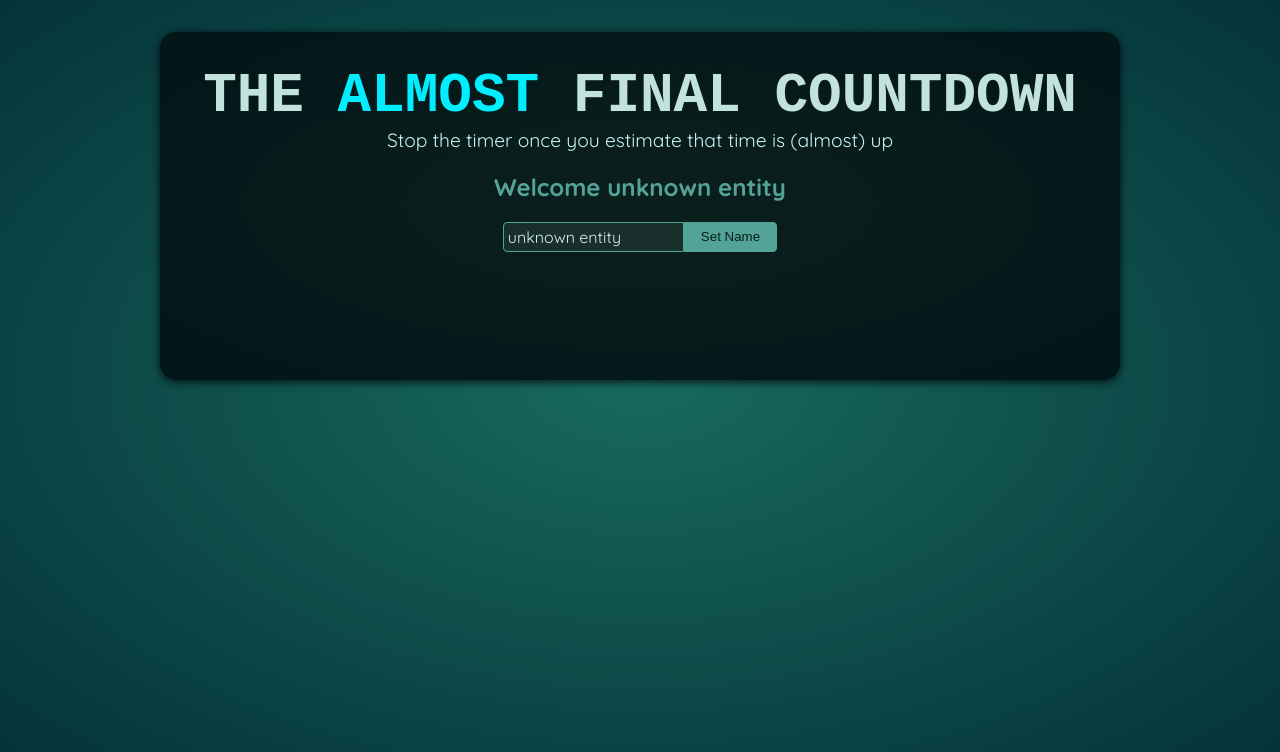
Repository: H-ala/react-near-end
Page: /
An editor plug-in stored every save of this project. The page is shown before and after the next save, followed by the edit.
The browser window is 1280 px wide. The pictures show the whole page.
Some web fonts or font styles are not loaded; a fallback is used. The project was rebuilt for these pictures with package versions that can differ from the ones it lists, and the page was loaded fresh each time. Also part of the build but not shown: vite.config.js.

Above is the page before, as saved 2025-09-24 20:55:11.

After the next save:
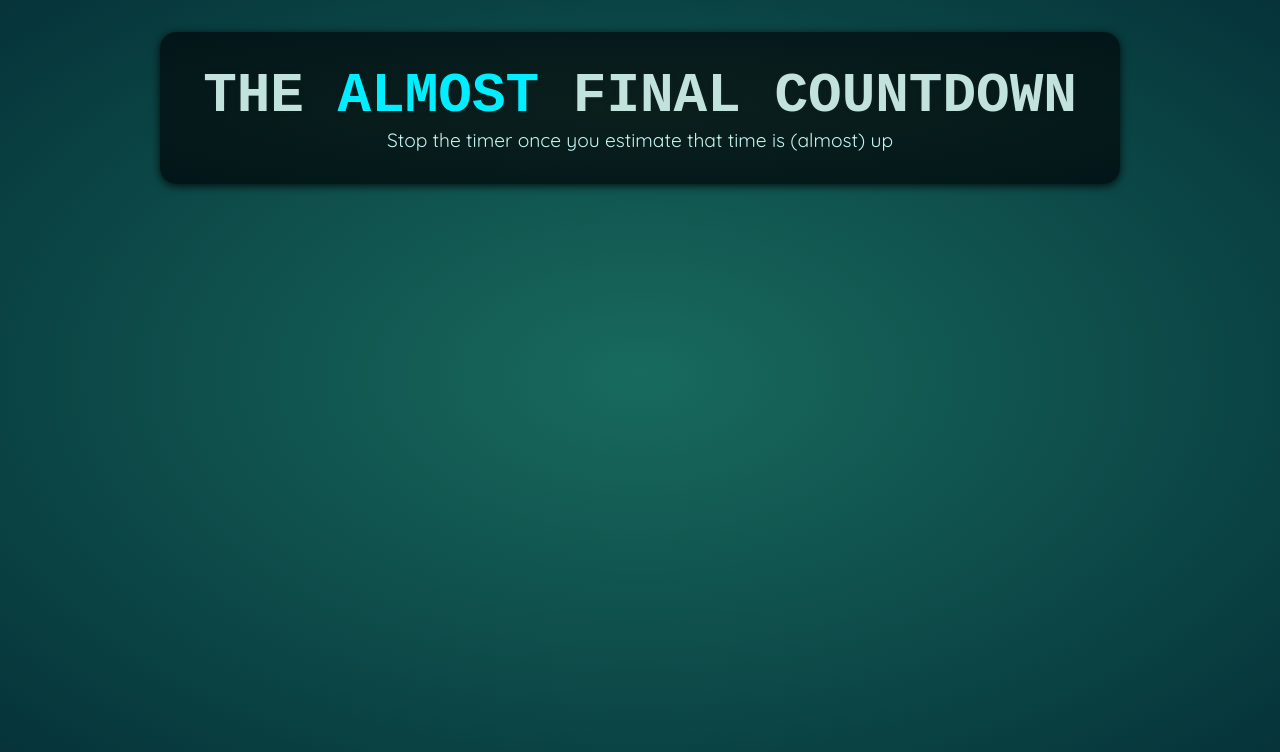
Console error: ReferenceError: isClicked is not defined
Saved 45 s later.
--- a/src/components/Player.jsx
+++ b/src/components/Player.jsx
@@ -2,7 +2,7 @@ import { useState } from "react";
 
 export default function Player() {
   const [playerName, setPlayerName] = useState("unknown entity")
-  const [isClicked, setIsClicked] = useState(false)
+  const [submitted, setSubmitted] = useState(false)
 
   function handleChange(event){
     setPlayerName(event.target.value);

After the 5 saves that followed:
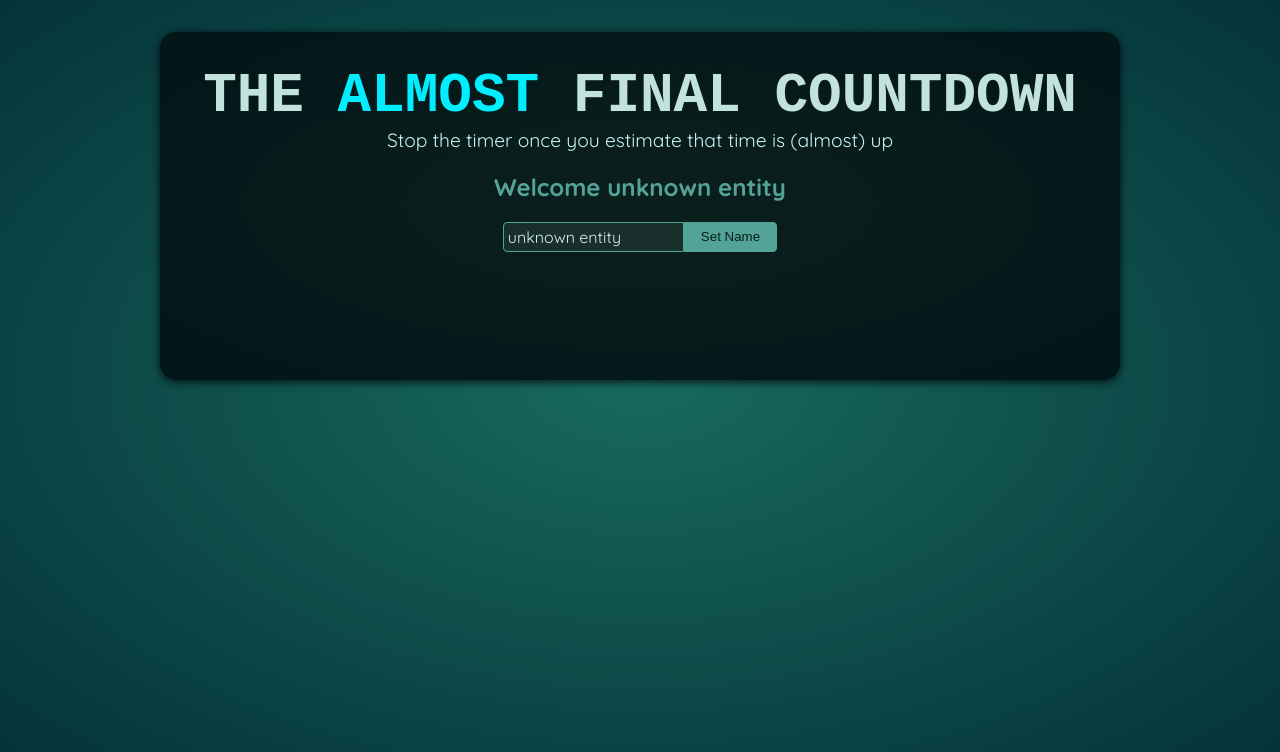
The error is gone.
The 5 saves are shown as one change because 3 left the picture as it was and some came seconds apart.
The last was saved 33 s later.
--- a/src/components/Player.jsx
+++ b/src/components/Player.jsx
@@ -9,12 +9,11 @@ export default function Player() {
   }
 
   function handleClick(){
-    setIsClicked(prevState => !prevState)
-    setPlayerName("")
+    setSubmitted(true);
   }
   return (
     <section id="player">
-      <h2>Welcome {isClicked ? playerName : "unknown entity"}</h2>
+      <h2>Welcome {submitted ? playerName : "unknown entity"}</h2>
       <p>
         <input type="text" value={playerName} onChange={handleChange} />
         <button onClick={handleClick}>Set Name</button>
